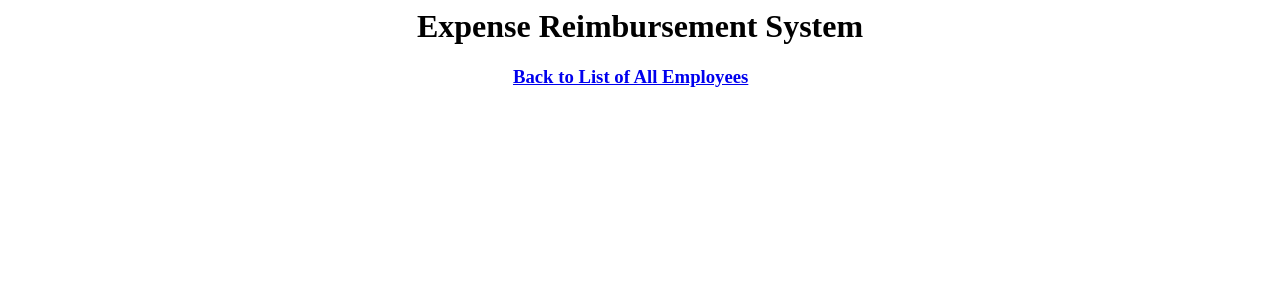
Repository: CCunningham0/project1
Page: http://localhost/reimbursement/employee-form.jsp
These files come from the project's save history. The page is drawn as it stood at one moment and after the next save; the edit follows.
The browser window is 1280 px wide. The pictures show the whole page.
The page is served by Tomcat 10.

Above is the page before, as saved 2021-09-07 02:25:37.

After the next save:
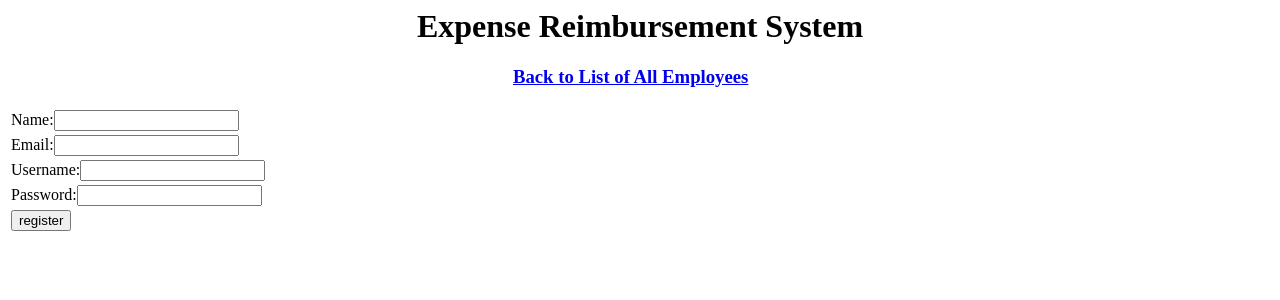
Saved 14 min 12 s later.
--- a/reimbursement/src/main/webapp/employee-form.jsp
+++ b/reimbursement/src/main/webapp/employee-form.jsp
@@ -21,6 +21,29 @@
         </h3>
  </center>
 <body>
+        <form method="post" action="add">
+        <table>
+        	<tr>
+        		<td>Name:<input type="text" name="name" /></td>
+        	</tr>
+        	<tr>
+        		<td>Email:<input type="text" name="email" /></td>
+        	</tr>
+        	<tr>
+        		<td>Username:<input type="text" name="username" /></td>
+        	</tr>
+        	<tr>
+        		<td>Password:<input type="text" name="password" /></td>
+       		 </tr>
+       		 <tr>
+        		<td><input type="submit" value="register" /></td>
+        	</tr>
+
+        </table>
+
+        </form>
+
+
 <%--
 
     <div align="center">
